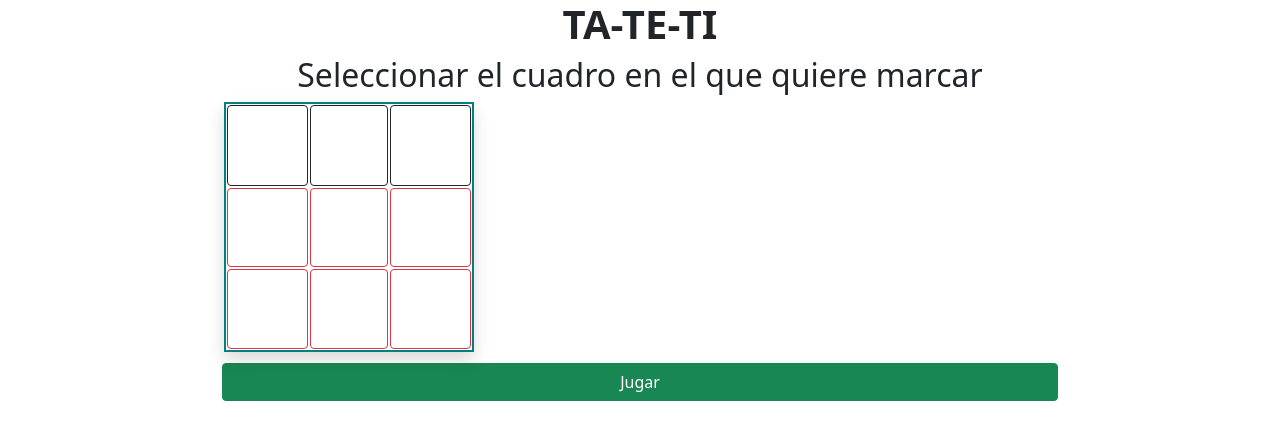
Repository: Lean97-start/TATETI
Page: Tateti.html
The author's editor kept a copy of each file at every save. The page is drawn from the files as they stood at one save, then again after a run of saves.
The browser window is 1280 px wide. The pictures show the whole page.

Above is the page before, as saved 2021-07-11 23:08:00.
Console error: SyntaxError: Unexpected token ')'

After the next 2 saves:
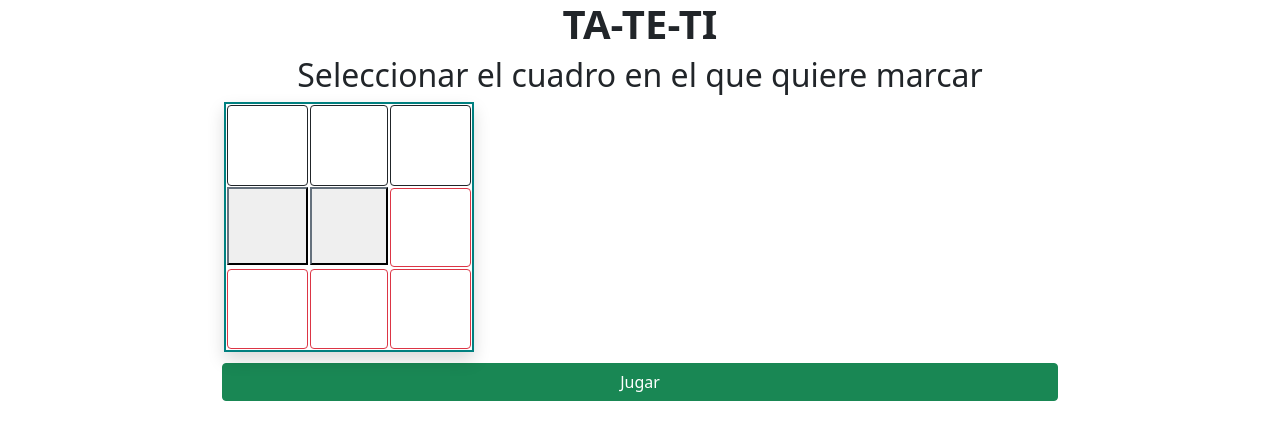
The 2 saves are shown as one change because they came seconds apart.
The last was saved 9 s later.
--- a/Tateti.html
+++ b/Tateti.html
@@ -21,8 +21,8 @@
                         <td><button class="btn border-dark w-100 h-100" id="31"></button></td>
                     </tr>
                     <tr>
-                        <td><button class="btn btn-outline-danger w-100 h-100" id="12"></button></td>
-                        <td><button class="btn btn-outline-danger w-100 h-100" id="22"></button></td>
+                        <td><button class="border-dark w-100 h-100" id="12"></button></td>
+                        <td><button class="border-dark w-100 h-100" id="22"></button></td>
                         <td><button class="btn btn-outline-danger w-100 h-100" id="32"></button></td>
                     </tr>
                     <tr>
